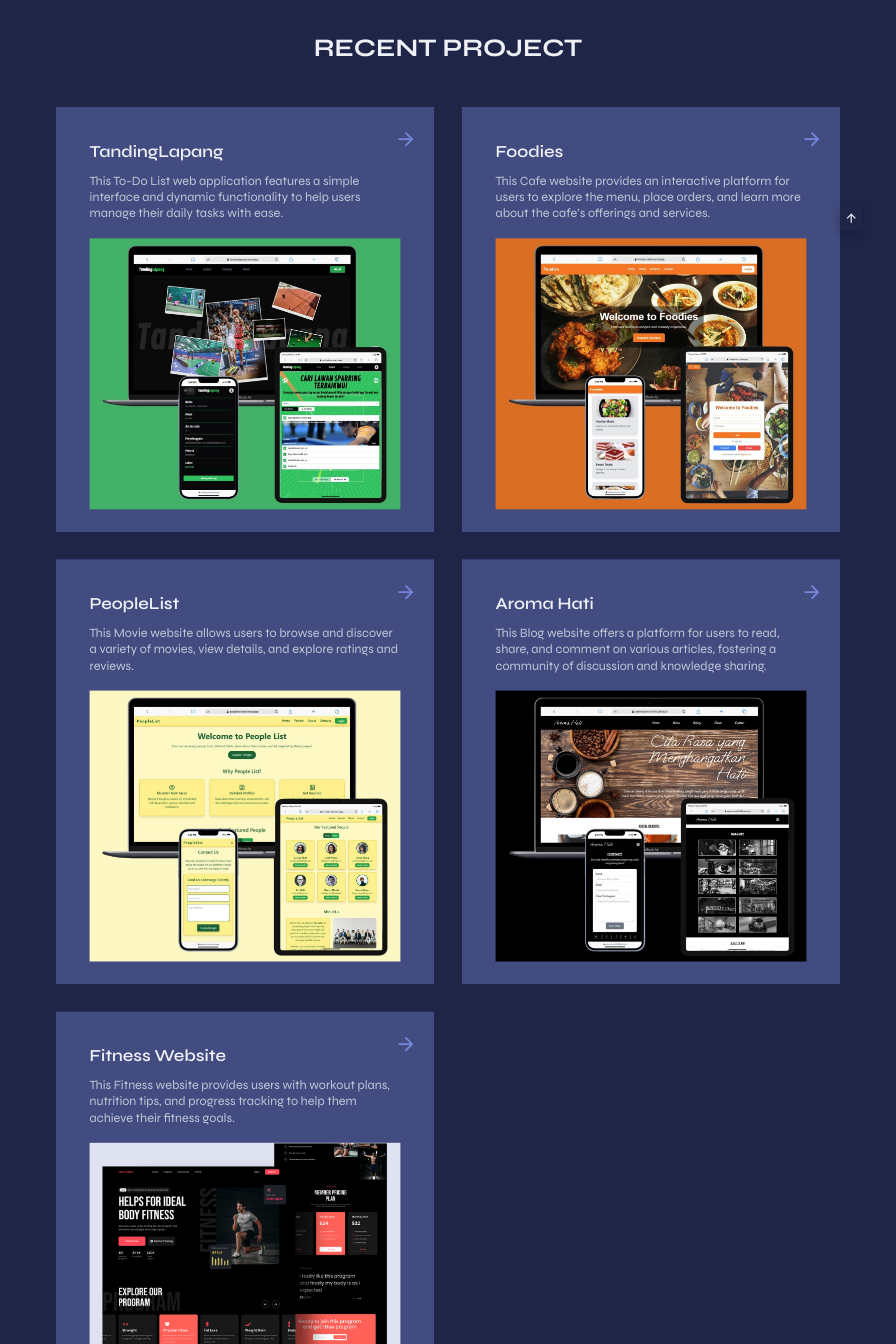
Repository: Ademaulana100499/amgrowth
Page: /
The author's editor kept a copy of each file at every save. The page is drawn from the files as they stood at one save, then again after the next save.
The browser window is 1280 px wide. The pictures show the part of the page from y = 752 to 2672 px (the page is 7307 px tall before and 7400 px after), at 70% of full size.
Some web fonts or font styles are not loaded; a fallback is used. The project was rebuilt for these pictures with package versions that can differ from the ones it lists, and the page was loaded fresh each time. Also part of the build but not shown: vite.config.js.

Above is the page before, as saved 2025-02-19 15:55:01.

### index.html
<!doctype html>
<html lang="en">
  <head>
    <meta charset="UTF-8" />
    <meta name="viewport" content="width=device-width, initial-scale=1.0" />
    <title>AMgrowth</title>
    <link rel="shortcut icon" href="/assets/img/Favicon.png" />
    <link
      href="https://cdn.jsdelivr.net/npm/remixicon/fonts/remixicon.css"
      rel="stylesheet"
    />

    <link
      rel="stylesheet"
      href="https://fonts.googleapis.com/css2?family=Kite+One&family=Oooh+Baby&family=Orelega+One&family=Poppins:ital,wght@0,100;0,200;0,300;0,400;0,500;0,600;0,700;0,800;0,900;1,100;1,200;1,300;1,400;1,500;1,600;1,700;1,800;1,900&family=Syne:wght@400..800&display=swap"
    />
  </head>
    <div id="root"></div>
    <script type="module" src="/src/main.jsx"></script>
    <script src="https://cdn.jsdelivr.net/npm/@emailjs/browser@4/dist/email.min.js"></script>
    <script src="https://unpkg.com/scrollreveal"></script>
  </body>
</html>

### src/App.jsx
import { Header } from "./components/Header";
import { Home } from "./components/Home";
import { Projects } from "./components/Projects";
import { Info } from "./components/Info";
import { Services } from "./components/Services";
import { Contact } from "./components/Contact";
import { Footer } from "./components/Footer";
import { Scroll } from "./components/Scroll";
import { Reveal } from "./components/Reveal";
function App() {
  const logo = {
    name: "AMgrowth",
    imageWhite: "/assets/img/Logo_White.png",
    imageBlack: "/assets/img/Logo_Black.png",
  };
  const navList = ["Home", "Projects", "My Info", "Services", "Contact Me"];
  const imageHome = "/assets/img/Photo.png";
  const imageInfo = "/assets/img/Photo2.png";
  const footerCopy = "© All rights reserved by Ade Maulana";
  const biodata = {
    firstName: "Ade",
    lastName: "Maulana",
    profession: "Front-End Developer",
    description:
      "With a strong passion for web development and a background in Informatics Engineering, I am transitioning into a career as a Front-End Web Developer. Skilled in HTML, CSS, JavaScript, TypeScript, React.js, and Next.js, I specialize in building responsive, high-performance, and user-friendly web applications. Experienced in UI/UX principles, state management, API integration, and website optimization, I am committed to continuous learning and delivering modern, efficient web solutions",
    cv: "/assets/pdf/CV Ade Maulana.pdf",
  };
  const projects = [
    {
      id: 1,
      title: "TandingLapang",
      description:
        "This To-Do List web application features a simple interface and dynamic functionality to help users manage their daily tasks with ease.",
      image: "/assets/img/tandinglapang.jpg",
    },
    {
      id: 2,
      title: "Foodies",
      description:
        "This Cafe website provides an interactive platform for users to explore the menu, place orders, and learn more about the cafe’s offerings and services.",
      image: "/assets/img/foodies.jpg",
    },
    {
      id: 3,
      title: "PeopleList",
      description:
        "This Movie website allows users to browse and discover a variety of movies, view details, and explore ratings and reviews.",
      image: "/assets/img/peoplelist.jpg",
    },
    {
      id: 4,
      title: "Aroma Hati",
      description:
        "This Blog website offers a platform for users to read, share, and comment on various articles, fostering a community of discussion and knowledge sharing.",
      image: "/assets/img/aromahati.jpg",
    },
    {
      id: 5,
      title: "Fitness Website",
      description:
        "This Fitness website provides users with workout plans, nutrition tips, and progress tracking to help them achieve their fitness goals.",
      image: "/assets/img/fittnes web.avif",
    },
  ];
  const experience = [
    {
      id: 1,
      company: "PT. Victory Chingluh Indonesia",
      profession: "Shipping Officer",
      date: "12/2018 - 07/2024",
      description:
        "Experienced in managing delivery orders with high accuracy using Excel, monitoring stock through SAP, and improving operational efficiency and delivery coordination, with skills in logistics management, inventory, and effective communication.",
    },
    {
      id: 2,
      company: "PT Midi Utama Indonesia, Tbk",
      profession: "Sales Assistant",
      date: "06/2018 - 12/2018",
      description:
        "Experienced in delivering excellent customer service, providing clear product information, and staying updated on new products and promotions to boost customer satisfaction and engagement. Skilled in promoting products and exceeding sales targets through proactive interactions and recommendations, with a focus on teamwork and adaptability.",
    },
    {
      id: 3,
      company: "CV Radjawali",
      profession: "Printing Operator",
      date: "07/2017 - 05/2018",
      description:
        "Experienced in accurately preparing print files, ensuring consistent print quality, and reducing the need for reprints. Skilled in maintaining printing machines to enhance operational efficiency, minimize downtime, and boost productivity.",
    },
  ];
  const education = [
    {
      id: 1,
      university: "Dibimbing.id Bootcamp",
      major: "Front-End Web Development",
      date: "09/2024 - 02/2025",
      description:
        "Learning HTML, CSS, JavaScript, and TypeScript, and utilizing React.js and Next.js to build responsive and high-performance user interfaces. Experienced in UI/UX design slicing, website optimization, and problem-solving algorithms. Skilled in team collaboration using Git/GitHub and committed to continuous learning and staying updated with the latest web technologies.",
    },
    {
      id: 2,
      university: "Institut Teknologi dan Bisnis Bina Sarana Global",
      major: "Informatics Engineering",
      date: "09/2020 - 11/2024",
      description:
        "Studied Informatics Engineering, covering software development, algorithms, data structures, databases, system design, cybersecurity, and AI. Gained expertise in computing principles, system analysis, and application optimization. Experienced in Agile and Scrum methodologies, web development frameworks, UI/UX design, data processing, and problem-solving using algorithms and programming logic.",
    },
  ];
  const skills = [
    {
      id: 1,
      skill: "HTML",
      image: "/assets/img/html.svg",
    },
    {
      id: 2,
      skill: "CSS",
      image: "/assets/img/css.svg",
    },
    {
      id: 3,
      skill: "JavaScript",
      image: "/assets/img/javascript.svg",
    },
    {
      id: 4,
      skill: "React",
      image: "/assets/img/react.svg",
    },
    {
      id: 5,
      skill: "Next.js",
      image: "/assets/img/nextjs.svg",
    },
    {
      id: 6,
      skill: "Git",
      image: "/assets/img/git.svg",
    },
    {
      id: 7,
      skill: "GitHub",
      image: "/assets/img/github.svg",
    },
    {
      id: 8,
      skill: "Tailwind",
      image: "/assets/img/tailwind.png",
    },
    {
      id: 9,
      skill: "Bootstrap",
      image: "/assets/img/bootstrap.png",
    },
    {
      id: 10,
      skill: "Figma",
      image: "/assets/img/figma.svg",
    },
  ];

  const services = [
    {
      id: 1,
      title: "Web Development",
      icon: "ri-code-s-slash-line",
      description:
        "Building functional, secure, and user-friendly websites with features tailored to user needs.",
    },
    {
      id: 2,
      title: "Web Design",
      icon: "ri-pencil-ruler-2-line",
      description:
        "Designing visually appealing and professional website layouts that reflect the brand identity and provide an engaging visual experience.",
    },
    {
      id: 3,
      title: "Responsive Web Design",
      icon: "ri-layout-2-line",
      description:
        "Creating responsive websites compatible across various devices, ensuring an optimal user experience on desktops, tablets, and smartphones.",
    },
  ];
  const socialMedia = [
    {
      id: 1,
      name: "github",
      icon: "ri-github-line",
      link: "https://github.com/Ademaulana100499",
    },
    {
      id: 2,
      name: "linkedin",
      icon: "ri-linkedin-box-line",
      link: "https://www.linkedin.com/in/ademaulana-/",
    },
    {
      id: 3,
      name: "instagram",
      icon: "ri-instagram-line",
      link: "https://www.instagram.com/ade_maulana._/",
    },
  ];

  return (
    <div>
      <Header logo={logo} navList={navList} />
      <main>
        <Home imageHome={imageHome} biodata={biodata} />
        <Projects projects={projects} />
        <Info
          imageInfo={imageInfo}
          biodata={biodata}
          experience={experience}
          skills={skills}
          education={education}
        />
        <Services services={services} />
        <Contact socialMedia={socialMedia} />
        <Footer navList={navList} footerCopy={footerCopy} />
      </main>
      <Scroll />
      <Reveal />
    </div>
  );
}

export default App;

### src/components/Home/index.jsx
import "./style.css";
export const Home = (props) => {
  const { imageHome, biodata } = props;
  return (
    <section className="home section" id="home">
      <div className="container grid home__container">
        <img
          id="image_home"
          src={imageHome}
          alt="image"
          className="home__img"
        />
        <div className="home__data">
          <h1 className="home__name">
            {biodata.firstName} <br /> {biodata.lastName}
          </h1>
          <h3 className="home__profession">{biodata.profession}</h3>
        </div>
        <a href="#projects" className="home__scroll">
          <div className="home__scroll-box">
            <i className="ri-arrow-down-line"></i>
          </div>
          <span className="home__scroll-text">Recent Project</span>
        </a>
      </div>
    </section>
  );
};

### src/components/Projects/index.jsx
import "./style.css";
export const Projects = (props) => {
  const { projects } = props;
  return (
    <section className="projects section" id="projects">
      <h2 className="section__title">RECENT PROJECT</h2>
      <div className="grid container projects__container">
        {projects.map((item) => (
          <article className="project__card" key={item.id}>
            <a
              href={item.link}
              target="_blank"
              className="project__overlay"
            ></a>
            <a href={item.link} target="_blank" className="project__link">
              <h2 className="project__title">{item.title}</h2>
              <p className="project__description">{item.description}</p>
              <img src={item.image} alt="image" className="project__img" />
              <i className="ri-arrow-right-line"> </i>
            </a>
          </article>
        ))}
      </div>
    </section>
  );
};

### src/components/Services/index.jsx
import "./style.css";
export const Services = (props) => {
  const { services } = props;
  return (
    <section className="services section" id="services">
      <h2 className="section__title">SERVICES</h2>
      <div className="container grid services__container">
        {services.map((item) => (
          <article className="services__card" key={item.id}>
            <i className={`services__icon ${item.icon}`}></i>
            <h3 className="services__title">{item.title}</h3>
            <p className="services__description">{item.description}</p>
          </article>
        ))}
      </div>
    </section>
  );
};

### src/components/Footer/index.jsx
import "./style.css";
export const Footer = (props) => {
  const { navList, footerCopy } = props;
  return (
    <footer className="footer" id="footer">
      <div className="container grid footer__container">
        <ul className="footer__links">
          <li>
            <a href="#home" className="footer__link">
              {navList[0]}
            </a>
          </li>
          <li>
            <a href="#projects" className="footer__link">
              {navList[1]}
            </a>
          </li>
          <li>
            <a href="#my info" className="footer__link">
              {navList[2]}
            </a>
          </li>
        </ul>
        <span className="footer__copy">{footerCopy}</span>
      </div>
    </footer>
  );
};

### src/components/Scroll/index.jsx
import React, { useEffect } from "react";
import "./style.css";

export const Scroll = () => {
  useEffect(() => {
    const scrollUp = () => {
      const scrollUp = document.getElementById("scroll-up");
      if (window.scrollY >= 350) {
        scrollUp.classList.add("show-scroll");
      } else {
        scrollUp.classList.remove("show-scroll");
      }
    };
    window.addEventListener("scroll", scrollUp);
    return () => {
      window.removeEventListener("scroll", scrollUp);
    };
  }, []);

  return (
    <a href="#" className="scrollup" id="scroll-up">
      <i className="ri-arrow-up-line"></i>
    </a>
  );
};

### src/components/Reveal/index.jsx
import React, { useEffect } from "react";

export const Reveal = () => {
  useEffect(() => {
    const sr = ScrollReveal({
      origin: "top",
      distance: "60px",
      duration: 2500,
      delay: 400,
    });

    sr.reveal(".home__data, .experience, .skills, .contact__container");
    sr.reveal(".home__img", { delay: 500 });
    sr.reveal(".home__scroll", { delay: 700 });
    sr.reveal(".project__card, .services__card", { interval: 100 });
    sr.reveal(".about__content", { origin: "right" });
    sr.reveal(".about__img", { origin: "left" });

    return () => {
      sr.destroy();
    };
  }, []);
  return <div></div>;
};

### src/components/Theme/index.jsx
import React, { useState, useEffect } from "react";
import "./style.css";

const Theme = ({ logo, setLogoSrc }) => {
  const [isLightMode, setIsLightMode] = useState(false);

  useEffect(() => {
    const savedTheme = localStorage.getItem("lightmode");
    if (savedTheme === "active") {
      setIsLightMode(true);
    } else {
      setIsLightMode(false);
    }
  }, []);

  useEffect(() => {
    if (isLightMode) {
      document.body.classList.add("lightmode");
      localStorage.setItem("lightmode", "active");
      setLogoSrc(logo.imageBlack);
    } else {
      document.body.classList.remove("lightmode");
      localStorage.setItem("lightmode", null);
      setLogoSrc(logo.imageWhite);
    }
  }, [isLightMode, logo.imageBlack, logo.imageWhite, setLogoSrc]);

  const toggleTheme = () => {
    setIsLightMode((prevMode) => !prevMode);
  };

  return (
    <button
      id="theme-switch"
      className="theme-switch"
      onClick={toggleTheme}
      style={{ cursor: "pointer" }}
    >
      {isLightMode ? (
        <i className="ri-moon-line"></i>
      ) : (
        <i className="ri-sun-line"></i>
      )}
    </button>
  );
};

export default Theme;

### src/components/Projects/style.css
/* Projects */
.projects {
  background-color: var(--container-color);
}
.project__card {
  background-color: var(--first-color);
}
.project__img {
  width: 100%;
}
.project__link {
  display: block;
  position: relative;
  background-color: var(--body-color);
  padding: 2rem 1.5rem 1.5rem 1.5rem;
  color: var(--text-color);
  transition: transform 0.4s;
}
.project__title {
  font-size: var(--h3-font-size);
  margin-bottom: 0.75rem;
}

.project__description {
  margin-bottom: 1.5rem;
}
.project__link i {
  position: absolute;
  top: 1.8rem;
  right: 1.5rem;
  font-size: 1.5rem;
  color: var(--first-color-light);
  transition: transform 0.4s;
}
.project__link:hover {
  transform: translateY(-0.35rem);
}

.project__link:hover i {
  transform: translateX(0.5rem);
}

/* BREAKPOINTS */

/* For medium devices */
@media screen and (min-width: 540px) {
  .projects__container {
    grid-template-columns: 350px;
    justify-content: center;
  }
}

@media screen and (min-width: 768px) {
  .projects__container {
    grid-template-columns: repeat(2, 390px);
  }
}

/* for large devices */
@media screen and (min-width: 1150px) {
  .section__title {
    margin-bottom: 4rem;
  }
  .projects__container {
    grid-template-columns: repeat(2, 540px);
    gap: 2.5rem;
  }
  .project__link {
    padding: 3rem 3rem 2rem;
  }
  .project__title {
    font-size: var(--h2-font-size);
    margin-bottom: 1rem;
  }
  .project__link i {
    font-size: 2rem;
  }
}

### src/components/Services/style.css
/* SERVICES */
.services {
  background-color: var(--container-color);
}
.services__container {
  row-gap: 2rem;
}

.services__icon {
  display: block;
  color: var(--first-color-light);
  font-size: 2rem;
  margin-bottom: 1dvb;
}

.services__title {
  font-size: var(--h3-font-size);
  margin-bottom: 0.75rem;
}

/* BREAKPOINTS */

/* For small devices */
@media screen and (max-width: 300px) {
  .container {
    margin-inline: 1rem;
  }
}

/* For medium devices */
@media screen and (min-width: 540px) {
  .services__container {
    grid-template-columns: 350px;
    justify-content: center;
  }
}

@media screen and (min-width: 768px) {
  .services__container {
    grid-template-columns: repeat(2, 320px);
  }
}

/* for large devices */
@media screen and (min-width: 1150px) {
  .container {
    margin-inline: auto;
  }
  .section {
    padding-block: 7rem 5rem;
  }
  .section__title {
    margin-bottom: 4rem;
  }

  .services__container {
    grid-template-columns: repeat(2, 350px);
    gap: 6rem 13rem;
  }
  .services__icon {
    font-size: 2.5rem;
    margin-bottom: 1.5rem;
  }
}

### src/components/Contact/style.css
/* CONTACT */
.contact__container {
  row-gap: 4rem;
}

.contact__group,
.contact__form {
  gap: 1rem;
}

.contact__form {
  position: relative;
}

.contact__input {
  padding: 1.25rem;
  background-color: var(--container-color);
  color: var(--title-color);
  font-weight: var(--font-semi-bold);
}
.contact__input::placeholder {
  color: var(--text-color-light);
}
.contact__area {
  height: 10rem;
  resize: none;
}
.contact__button {
  margin-top: 1rem;
  cursor: pointer;
}
.contact__social {
  grid-template-columns: repeat(2, max-content);
  justify-content: center;
  column-gap: 3rem;
}

.contact__social-link {
  color: var(--title-color);
  display: inline-flex;
  column-gap: 0.25rem;
  align-items: center;
  transition: color 0.4s;
}
.contact__social-link i {
  font-size: 1.5rem;
}
.contact__social-link span {
  font-size: var(--small-font-size);
  font-weight: var(--font-semi-bold);
}
.contact__social-link:hover {
  color: var(--first-color-light);
}

.contact__message {
  position: absolute;
  left: 0;
  bottom: -2rem;
  font-size: var(--small-font-size);
  font-weight: var(--font-semi-bold);
  color: var(--title-color);
}

/* BREAKPOINTS */

/* For small devices */
@media screen and (max-width: 300px) {
  .container {
    margin-inline: 1rem;
  }
}

/* For medium devices */
@media screen and (min-width: 540px) {
  .contact__container {
    grid-template-columns: 350px;
    justify-content: center;
  }
  .contact__social {
    grid-template-columns: repeat(3, max-content);
    column-gap: 5rem;
  }
}

/* for large devices */
@media screen and (min-width: 1150px) {
  .container {
    margin-inline: auto;
  }
  .section {
    padding-block: 7rem 5rem;
  }
  .section__title {
    margin-bottom: 4rem;
  }

  .contact__container {
    grid-template-columns: 580px;
  }
  .contact__group {
    grid-template-columns: repeat(2, 1fr);
  }
  .contact__area {
    height: 15rem;
  }
  .contact__button {
    width: max-content;
    justify-self: center;
    margin-top: 1.5rem;
  }
  .contact__message {
    bottom: 4.5rem;
  }
  .contact__social {
    grid-template-columns: repeat(3, max-content);
    column-gap: 5rem;
  }
}

### src/components/Footer/style.css
/* FOOTER */
.footer {
  background-color: var(--container-color);
}

.footer__container {
  row-gap: 3rem;
  padding-block: 3rem 2rem;
}

.footer__links {
  display: flex;
  justify-content: center;
  column-gap: 2.5rem;
}
.footer__link {
  font-weight: var(--font-semi-bold);
  color: var(--title-color);
  transition: color 0.4s;
}
.footer__link:hover {
  color: var(--first-color-light);
}
.footer__copy {
  font-size: var(--small-font-size);
  color: var(--title-color);
  text-align: center;
}

/* BREAKPOINTS */

/* For small devices */
@media screen and (max-width: 300px) {
  .container {
    margin-inline: 1rem;
  }
}

/* for large devices */
@media screen and (min-width: 1150px) {
  .container {
    margin-inline: auto;
  }
  .section {
    padding-block: 7rem 5rem;
  }

  .footer__container {
    padding-block: 3rem;
    grid-template-columns: repeat(2, max-content);
    justify-content: space-between;
  }
  .footer__links {
    column-gap: 4rem;
    order: 1;
  }
  .scrollup {
    right: 3rem;
  }
}

### src/components/Scroll/style.css
/* SCROLL BAR */
::-webkit-scrollbar {
  width: 0.6rem;
  background-color: hsl(var(--hue), 20%, 20%);
}
::-webkit-scrollbar-thumb {
  background-color: hsl(var(--hue), 20%, 30%);
}
::-webkit-scrollbar-thumb:hover {
  background-color: hsl(var(--hue), 20%, 40%);
}

/* SCROLL UP */
.scrollup {
  position: fixed;
  right: 1rem;
  bottom: -50%;
  background-color: var(--container-color);
  padding: 6px;
  color: var(--title-color);
  display: inline-flex;
  font-size: 1.25rem;
  box-shadow: 0 4px 12px hsla(var(--hue), 30%, 8%, 0.3);
  z-index: var(--z-tooltip);
  transition: bottom 0.4s, transform 0.4s;
}
.scrollup:hover {
  transform: translateY(-0.5rem);
}

/* SHOW SCROLL */
.show-scroll {
  bottom: 3rem;
}

/* BREAKPOINTS */

@media screen and (min-width: 1150px) {
  .scrollup {
    right: 3rem;
  }
}

### src/components/Theme/style.css
#theme-switch {
  height: 30px;
  width: 30px;
  border-radius: 50%;
  background-color: var(--first-color-light);
  display: flex;
  justify-content: center;
  align-items: center;
}
#theme-switch:hover {
  cursor: pointer;
}
#theme-switch i {
  fill: var(--body-color);
  color: var(--text-color);
}

Loaded but not shown: src/main.jsx (common file); src/components/Header/style.css (313 lines, source omitted); src/components/Info/style.css (186 lines, source omitted); src/index.css (154 lines, source omitted); src/components/Info/index.jsx (71 lines, source omitted); src/components/Header/index.jsx (90 lines, source omitted); src/components/Home/style.css (132 lines, source omitted); src/components/Contact/index.jsx (82 lines, source omitted)

After the next save:
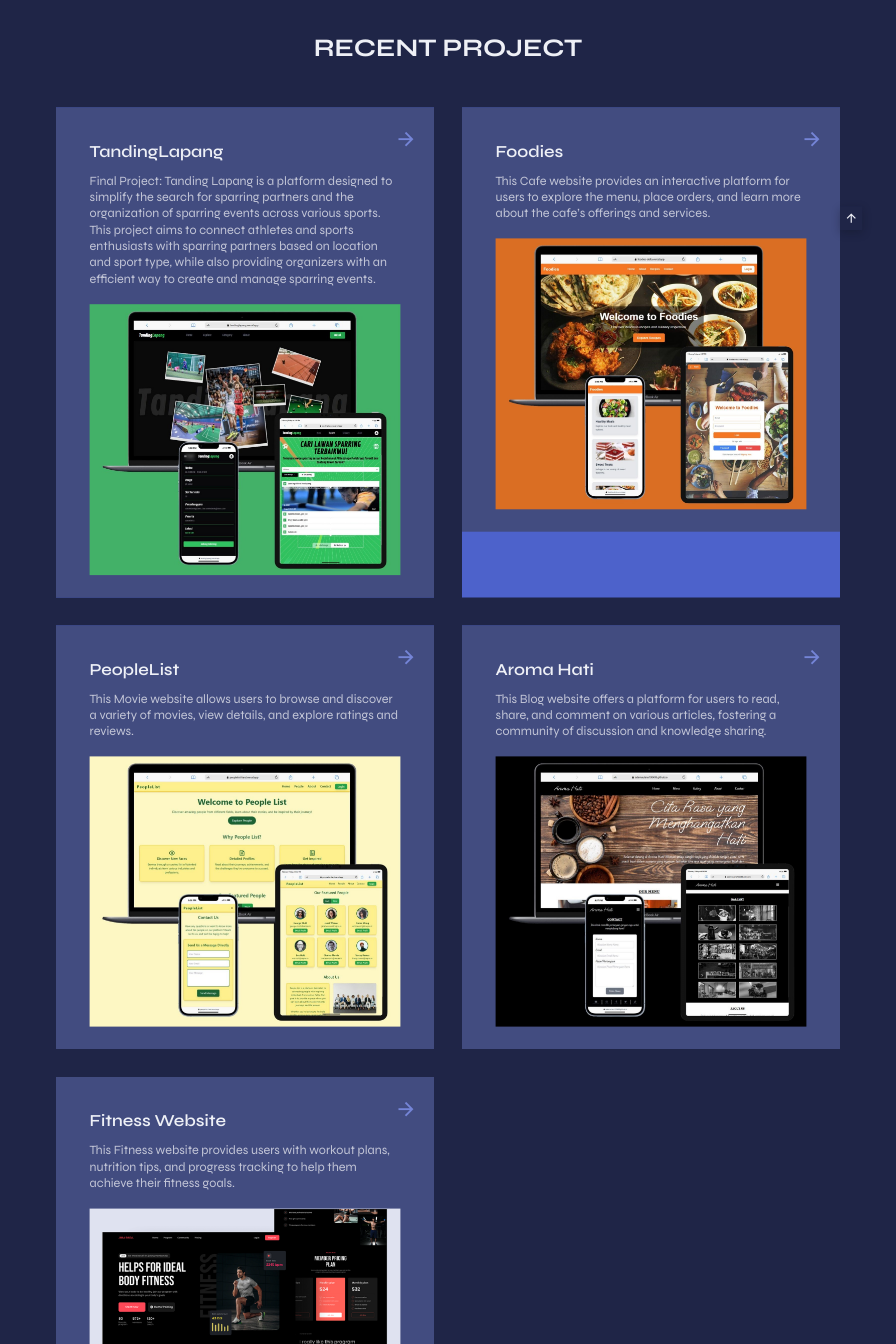
Saved 3 min 54 s later.
--- a/src/App.jsx
+++ b/src/App.jsx
@@ -30,7 +30,7 @@
       id: 1,
       title: "TandingLapang",
       description:
-        "This To-Do List web application features a simple interface and dynamic functionality to help users manage their daily tasks with ease.",
+        "Final Project: Tanding Lapang is a platform designed to simplify the search for sparring partners and the organization of sparring events across various sports. This project aims to connect athletes and sports enthusiasts with sparring partners based on location and sport type, while also providing organizers with an efficient way to create and manage sparring events.",
       image: "/assets/img/tandinglapang.jpg",
     },
     {
